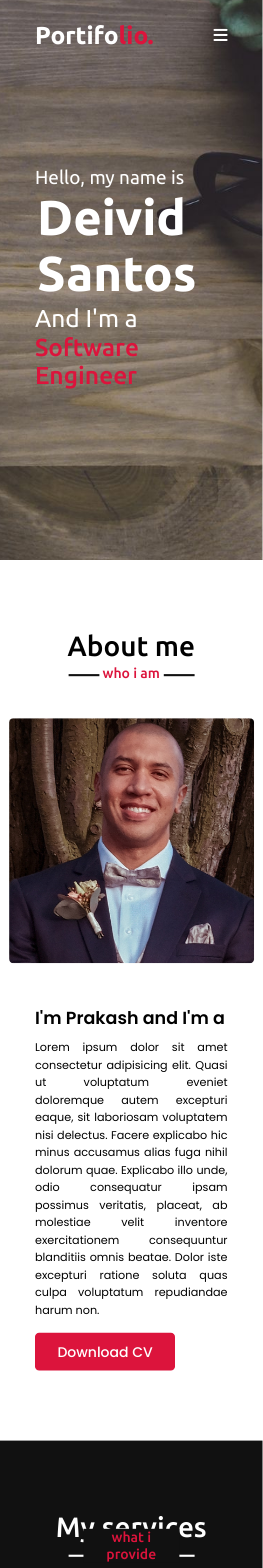
Repository: deividwsantoss/portfolio
Page: index.html
An editor plug-in stored every save of this project. The page is shown before and after the next save, followed by the edit.
The browser window is 375 px wide. The pictures show the part of the page from y = 0 to 2240 px (the page is 5994 px tall before and 5554 px after), at 70% of full size.
Some web libraries are served in a nearby version.

Above is the page before, as saved 2021-03-01 21:54:09.
Console error: TypeError: Cannot read properties of null (reading 'tagName')

### index.html
<!DOCTYPE html>
<html lang="en">
    <head>
        <meta charset="UTF-8">
        <meta name="viewport" content="width=device-width, initial-scale=1.0">
       <title>Deivid Santos Portfolio</title>
        <link rel="stylesheet" href="/Content/style.css">
        <script src="https://kit.fontawesome.com/a076d05399.js"></script>
        <script  src="https://code.jquery.com/jquery-3.5.1.min.js"></script>
        <script src="https://cdnjs.cloudflare.com/ajax/libs/typed.js/2.0.11/typed.min.js"></script>
        <script src="https://cdnjs.cloudflare.com/ajax/libs/waypoints/4.0.1/jquery.waypoints.min.js"></script>
        <script src="https://cdnjs.cloudflare.com/ajax/libs/OwlCarousel2/2.3.4/owl.carousel.min.js"></script>
        <link rel="stylesheet" href="https://cdnjs.cloudflare.com/ajax/libs/OwlCarousel2/2.3.4/assets/owl.carousel.min.css"/>
    </head>
<body>
    <nav class="navbar">
        <div class="max-width">
            <div class="logo"><a href="#">Portifo<span>lio.</span></a></div>
            <ul class="menu">
                <li><a href="#home" class="menu-btn">Home</a></li>
                <li><a href="#about" class="menu-btn">About</a></li>
                <li><a href="#services" class="menu-btn">Services</a></li>
                <li><a href="#skills" class="menu-btn">Skills</a></li>
                <li><a href="#teams" class="menu-btn">Teams</a></li>
                <li><a href="#contact" class="menu-btn">Contact</a></li>
            </ul>
            <div class="menu-btn">
                <i class="fas fa-bars"></i>
            </div>
        </div>
    </nav>

    <!-- Home Section Start -->
    <section class="home" id="home">
        <div class="max-width">
            <div class="home-content">
                <div class="text-1">Hello, my name is </div>
                <div class="text-2">Deivid Santos</div>
                <div class="text-3">And I'm a<span> Software Engineer</span></div>
            </div>
        </div>
    </section>
<!-- about section start -->
<section class="about" id="about">
    <div class="max-width">
        <h2 class="title">About me</h2>
        <div class="about-content">
            <div class="column left">
                <img src="images/profile-1.jpeg" alt="">
            </div>
            <div class="column right">
                <div class="text">I'm Prakash and I'm a <span class="typing-2"></span></div>
                <p>Lorem ipsum dolor sit amet consectetur adipisicing elit. Quasi ut voluptatum eveniet doloremque autem excepturi eaque, sit laboriosam voluptatem nisi delectus. Facere explicabo hic minus accusamus alias fuga nihil dolorum quae. Explicabo illo unde, odio consequatur ipsam possimus veritatis, placeat, ab molestiae velit inventore exercitationem consequuntur blanditiis omnis beatae. Dolor iste excepturi ratione soluta quas culpa voluptatum repudiandae harum non.</p>
                <a href="#">Download CV</a>
            </div>
        </div>
    </div>
</section>
  <!-- services section start -->
  <section class="services" id="services">
    <div class="max-width">
        <h2 class="title">My services</h2>
        <div class="serv-content">
            <div class="card">
                <div class="box">
                    <i class="fas fa-paint-brush"></i>
                    <div class="text">Web Design</div>
                    <p>Lorem ipsum dolor sit amet consectetur, adipisicing elit. Rem quia sunt, quasi quo illo enim.</p>
                </div>
            </div>
            <div class="card">
                <div class="box">
                    <i class="fas fa-chart-line"></i>
                    <div class="text">Advertising</div>
                    <p>Lorem ipsum dolor sit amet consectetur, adipisicing elit. Rem quia sunt, quasi quo illo enim.</p>
                </div>
            </div>
            <div class="card">
                <div class="box">
                    <i class="fas fa-code"></i>
                    <div class="text">Apps Design</div>
                    <p>Lorem ipsum dolor sit amet consectetur, adipisicing elit. Rem quia sunt, quasi quo illo enim.</p>
                </div>
            </div>
           </div>
        </div>
    </div>
</section>

<!-- skills section start -->
<section class="skills" id="skills">
    <div class="max-width">
        <h2 class="title">My skills</h2>
        <div class="skills-content">
            <div class="column left">
                <div class="text">My creative skills & experiences.</div>
                <p>Lorem ipsum dolor sit amet consectetur adipisicing elit. Dignissimos, ratione error est recusandae consequatur, iusto illum deleniti quidem impedit, quos quaerat quis minima sequi. Cupiditate recusandae laudantium esse, harum animi aspernatur quisquam et delectus ipsum quam alias quaerat? Quasi hic quidem illum. Ad delectus natus aut hic explicabo minus quod.</p>
                <a href="#">Read more</a>
            </div>
            <div class="column right">
                <div class="bars">
                    <div class="info">
                        <span>HTML</span>
                        <span>90%</span>
                    </div>
                    <div class="line html"></div>
                </div>
                <div class="bars">
                    <div class="info">
                        <span>CSS</span>
                        <span>60%</span>
                    </div>
                    <div class="line css"></div>
                </div>
                <div class="bars">
                    <div class="info">
                        <span>JavaScript</span>
                        <span>80%</span>
                    </div>
                    <div class="line js"></div>
                </div>
                <div class="bars">
                    <div class="info">
                        <span>PHP</span>
                        <span>50%</span>
                    </div>
                    <div class="line php"></div>
                </div>
                <div class="bars">
                    <div class="info">
                        <span>MySQL</span>
                        <span>70%</span>
                    </div>
                    <div class="line mysql"></div>
                </div>
            </div>
        </div>
    </div>
</section>

<!-- teams section start -->
<section class="teams" id="teams">
    <div class="max-width">
        <h2 class="title">My teams</h2>
        <div class="carousel owl-carousel">
            <div class="card">
                <div class="box">
                    <img src="images/profile-1.jpeg" alt="">
                    <div class="text">Someone name</div>
                    <p>Lorem ipsum dolor sit amet consectetur adipisicing elit.</p>
                </div>
            </div>
            <div class="card">
                <div class="box">
                    <img src="images/profile-2.jpeg" alt="">
                    <div class="text">Someone name</div>
                    <p>Lorem ipsum dolor sit amet consectetur adipisicing elit.</p>
                </div>
            </div>
            <div class="card">
                <div class="box">
                    <img src="images/profile-3.jpeg" alt="">
                    <div class="text">Someone name</div>
                    <p>Lorem ipsum dolor sit amet consectetur adipisicing elit.</p>
                </div>
            </div>
            <div class="card">
                <div class="box">
                    <img src="images/profile-4.jpeg" alt="">
                    <div class="text">Someone name</div>
                    <p>Lorem ipsum dolor sit amet consectetur adipisicing elit.</p>
                </div>
            </div>
            <div class="card">
                <div class="box">
                    <img src="images/profile-5.jpeg" alt="">
                    <div class="text">Someone name</div>
                    <p>Lorem ipsum dolor sit amet consectetur adipisicing elit.</p>
                </div>
            </div>
        </div>
    </div>
</section>

<!-- contact section start -->
<section class="contact" id="contact">
    <div class="max-width">
        <h2 class="title">Contact me</h2>
        <div class="contact-content">
            <div class="column left">
                <div class="text">Get in Touch</div>
                <p>Lorem, ipsum dolor sit amet consectetur adipisicing elit. Dignissimos harum corporis fuga corrupti. Doloribus quis soluta nesciunt veritatis vitae nobis?</p>
                <div class="icons">
                    <div class="row">
                        <i class="fas fa-user"></i>
                        <div class="info">
                            <div class="head">Name</div>
                            <div class="sub-title">Deivid Santos</div>
                        </div>
                    </div>
                    <div class="row">
                        <i class="fas fa-map-marker-alt"></i>
                        <div class="info">
                            <div class="head">Address</div>
                            <div class="sub-title">Luzern, Switzerland</div>
                        </div>
                    </div>
                    <div class="row">
                        <i class="fas fa-envelope"></i>
                        <div class="info">
                            <div class="head">Email</div>
                            <div class="sub-title">deivid.w.santos@gmail.com</div>
                        </div>
                    </div>
                </div>
            </div>
            <div class="column right">
                <div class="text">Message me</div>
                <form action="#">
                    <div class="fields">
                        <div class="field name">
                            <input type="text" placeholder="Name" required>
                        </div>
                        <div class="field email">
                            <input type="email" placeholder="Email" required>
                        </div>
                    </div>
                    <div class="field">
                        <input type="text" placeholder="Subject" required>
                    </div>
                    <div class="field textarea">
                        <textarea cols="30" rows="10" placeholder="Message.." required></textarea>
                    </div>
                    <div class="button">
                        <button type="submit">Send message</button>
                    </div>
                </form>
            </div>
        </div>
    </div>
</section>

<!-- footer section start -->
<footer>
    <span>Created By <a href="https://www.codingnepalweb.com">CodingNepal</a> | <span class="far fa-copyright"></span> 2020 All rights reserved.</span>
</footer>

<script src="script.js"></script>
</body>
</html>
    <script src="./Scripts/script.js"></script>
</body>
</html>

### Content/style.css
@import url('https://fonts.googleapis.com/css2?family=Poppins:wght@400;500;600;700&family=Ubuntu:wght@400;500;700&display=swap');

*{
    margin: 0;
    padding: 0;
    box-sizing: border-box;
    text-decoration: none;
}
html{
    scroll-behavior: smooth;
}
/* custom scroll bar */
::-webkit-scrollbar {
    width: 10px;
}
::-webkit-scrollbar-track {
    background: #f1f1f1;
}
::-webkit-scrollbar-thumb {
    background: #888;
}

::-webkit-scrollbar-thumb:hover {
    background: #555;
}
/* all similar content styling codes */
section{
    padding: 100px 0;
}
.max-width{
    max-width: 1300px;
    padding: 0 80px;
    margin: auto;
}
.about, .services, .skills, .teams, .contact, footer{
    font-family: 'Poppins', sans-serif;
}
.about .about-content,
.services .serv-content,
.skills .skills-content,
.contact .contact-content{
    display: flex;
    flex-wrap: wrap;
    align-items: center;
    justify-content: space-between;
}
section .title{
    position: relative;
    text-align: center;
    font-size: 40px;
    font-weight: 500;
    margin-bottom: 60px;
    padding-bottom: 20px;
    font-family: 'Ubuntu', sans-serif;
}
section .title::before{
    content: "";
    position: absolute;
    bottom: 0px;
    left: 50%;
    width: 180px;
    height: 3px;
    background: #111;
    transform: translateX(-50%);
}
section .title::after{
    position: absolute;
    bottom: -8px;
    left: 50%;
    font-size: 20px;
    color: crimson;
    padding: 0 5px;
    background: #fff;
    transform: translateX(-50%);
}

/* Navbar styling */
.navbar{
    position: fixed;
    width: 100%;
    z-index: 999;
    padding: 30px 0;
    font-family: 'Ubuntu', sans-serif;
    transition: all 0.3s ease;
}
.navbar.sticky{
    padding: 15px 0;
    background: crimson;
}
.navbar .max-width{
    display: flex;
    align-items: center;
    justify-content: space-between;
}
.navbar .logo a{
    color: #fff;
    font-size: 35px;
    font-weight: 600;
}
.navbar .logo a span{
    color: crimson;
    transition: all 0.3s ease;
}
.navbar.sticky .logo a span{
    color: #fff;
}
.navbar .menu li{
    list-style: none;
    display: inline-block;
}
.navbar .menu li a{
    display: block;
    color: #fff;
    font-size: 18px;
    font-weight: 500;
    margin-left: 25px;
    transition: color 0.3s ease;
}
.navbar .menu li a:hover{
    color: crimson;
}
.navbar.sticky .menu li a:hover{
    color: #fff;
}

/* menu btn styling */
.menu-btn{
    color: #fff;
    font-size: 23px;
    cursor: pointer;
    display: none;
}
.scroll-up-btn{
    position: fixed;
    height: 45px;
    width: 42px;
    background: crimson;
    right: 30px;
    bottom: 10px;
    text-align: center;
    line-height: 45px;
    color: #fff;
    z-index: 9999;
    font-size: 30px;
    border-radius: 6px;
    border-bottom-width: 2px;
    cursor: pointer;
    opacity: 0;
    pointer-events: none;
    transition: all 0.3s ease;
}
.scroll-up-btn.show{
    bottom: 30px;
    opacity: 1;
    pointer-events: auto;
}
.scroll-up-btn:hover{
    filter: brightness(90%);
}



/* Home Section Styling */

.home{
    display: flex;
    background: url("/images/banner.jpg") no-repeat center;
    height: 100vh;
    color: #fff;
    min-height: 500px;
    font-family: 'Ubuntu', sans-serif;
}
.home .max-width{
    margin: auto 0 auto 40px;
}
.home .home-content .text-1{

    font-size: 27px;
}
.home .home-content .text-2{

    font-size:  75px;
    font-weight: 600;
    margin-left: 3px;
}
.home .home-content .text-3{

    font-size:  40px;
    margin: 5px 0;
}
.home .home-content .text-3 span{

   color: crimson;
   font-weight: 500;

}
.home .home-content a{
    display: inline-block;
    background: crimson;
    color: #fff;
    font-size: 25px;
    padding: 12px 36px;
    margin-top: 20px;
    font-weight: 400;
    border-radius: 6px;
    border: 2px solid crimson;
    transition: all 0.3s ease;
}
.home .home-content a:hover{
    color: crimson;
    background: none;
}
/* about section styling */
.about .title::after{
    content: "who i am";
}
.about .about-content .left{
    width: 45%;
}
.about .about-content .left img{
    height: 400px;
    width: 400px;
    object-fit: cover;
    border-radius: 6px;
}
.about .about-content .right{
    width: 55%;
}
.about .about-content .right .text{
    font-size: 25px;
    font-weight: 600;
    margin-bottom: 10px;
}
.about .about-content .right .text span{
    color: crimson;
}
.about .about-content .right p{
    text-align: justify;
}
.about .about-content .right a{
    display: inline-block;
    background: crimson;
    color: #fff;
    font-size: 20px;
    font-weight: 500;
    padding: 10px 30px;
    margin-top: 20px;
    border-radius: 6px;
    border: 2px solid crimson;
    transition: all 0.3s ease;
}
.about .about-content .right a:hover{
    color: crimson;
    background: none;
}
/* services section styling */
.services, .teams{
    color:#fff;
    background: #111;
}
.services .title::before,
.teams .title::before{
    background: #fff;
}
.services .title::after,
.teams .title::after{
    background: #111;
    content: "what i provide";
}
.services .serv-content .card{
    width: calc(33% - 20px);
    background: #222;
    text-align: center;
    border-radius: 6px;
    padding: 20px 25px;
    cursor: pointer;
    transition: all 0.3s ease;
}
.services .serv-content .card:hover{
    background: crimson;
}
.services .serv-content .card .box{
    transition: all 0.3s ease;
}
.services .serv-content .card:hover .box{
    transform: scale(1.05);
}
.services .serv-content .card i{
    font-size: 50px;
    color: crimson;
    transition: color 0.3s ease;
}
.services .serv-content .card:hover i{
    color: #fff;
}
.services .serv-content .card .text{
    font-size: 25px;
    font-weight: 500;
    margin: 10px 0 7px 0;
}
/* skills section styling */

.skills .title::after{
    content: "what i know";
}
.skills .skills-content .column{
    width: calc(50% - 30px);
}
.skills .skills-content .left .text{
    font-size: 20px;
    font-weight: 600;
    margin-bottom: 10px;
}
.skills .skills-content .left p{
    text-align: justify;
}
.skills .skills-content .left a{
    display: inline-block;
    background: crimson;
    color: #fff;
    font-size: 18px;
    font-weight: 500;
    padding: 8px 16px;
    margin-top: 20px;
    border-radius: 6px;
    border: 2px solid crimson;
    transition: all 0.3s ease;
}
.skills .skills-content .left a:hover{
    color: crimson;
    background: none;
}
.skills .skills-content .right .bars{
    margin-bottom: 15px;
}
.skills .skills-content .right .info{
    display: flex;
    margin-bottom: 5px;
    align-items: center;
    justify-content: space-between;
}
.skills .skills-content .right span{
    font-weight: 500;
    font-size: 18px;
}
.skills .skills-content .right .line{
    height: 5px;
    width: 100%;
    background: lightgrey;
    position: relative;
}
.skills .skills-content .right .line::before{
    content: "";
    position: absolute;
    height: 100%;
    left: 0;
    top: 0;
    background: crimson;
}
.skills-content .right .html::before{
    width: 90%;
}
.skills-content .right .css::before{
    width: 60%;
}
.skills-content .right .js::before{
    width: 80%;
}
.skills-content .right .php::before{
    width: 50%;
}
.skills-content .right .mysql::before{
    width: 70%;
}
/* teams section styling */
.teams .title::after{
    content: "who with me";
}
.teams .carousel .card{
    background: #222;
    border-radius: 6px;
    padding: 25px 35px;
    text-align: center;
    overflow: hidden;
    transition: all 0.3s ease;
}
.teams .carousel .card:hover{
    background: crimson;
}
.teams .carousel .card .box{
    display: flex;
    flex-direction: column;
    align-items: center;
    justify-content: center;
    transition: all 0.3s ease;
}
.teams .carousel .card:hover .box{
    transform: scale(1.05);
}
.teams .carousel .card .text{
    font-size: 25px;
    font-weight: 500;
    margin: 10px 0 7px 0;
}
.teams .carousel .card img{
    height: 150px;
    width: 150px;
    object-fit: cover;
    border-radius: 50%;
    border: 5px solid crimson;
    transition: all 0.3s ease;
}
.teams .carousel .card:hover img{
    border-color: #fff;
}
.owl-dots{
    text-align: center;
    margin-top: 20px;
}
.owl-dot{
    height: 13px;
    width: 13px;
    margin: 0 5px;
    outline: none!important;
    border-radius: 50%;
    border: 2px solid crimson!important;
    transition: all 0.3s ease;
}
.owl-dot.active{
    width: 35px;
    border-radius: 14px;
}
.owl-dot.active,
.owl-dot:hover{
    background: crimson!important;
}
/* contact section styling */
.contact .title::after{
    content: "get in touch";
}
.contact .contact-content .column{
    width: calc(50% - 30px);
}
.contact .contact-content .text{
    font-size: 20px;
    font-weight: 600;
    margin-bottom: 10px;
}
.contact .contact-content .left p{
    text-align: justify;
}
.contact .contact-content .left .icons{
    margin: 10px 0;
}
.contact .contact-content .row{
    display: flex;
    height: 65px;
    align-items: center;
}
.contact .contact-content .row .info{
    margin-left: 30px;
}
.contact .contact-content .row i{
    font-size: 25px;
    color: crimson;
}
.contact .contact-content .info .head{
    font-weight: 500;
}
.contact .contact-content .info .sub-title{
    color: #333;
}
.contact .right form .fields{
    display: flex;
}
.contact .right form .field,
.contact .right form .fields .field{
    height: 45px;
    width: 100%;
    margin-bottom: 15px;
}
.contact .right form .textarea{
    height: 80px;
    width: 100%;
}
.contact .right form .name{
    margin-right: 10px;
}
.contact .right form .email{
    margin-left: 10px;
}
.contact .right form .field input,
.contact .right form .textarea textarea{
    height: 100%;
    width: 100%;
    border: 1px solid lightgrey;
    border-radius: 6px;
    outline: none;
    padding: 0 15px;
    font-size: 17px;
    font-family: 'Poppins', sans-serif;
    transition: all 0.3s ease;
}
.contact .right form .field input:focus,
.contact .right form .textarea textarea:focus{
    border-color: #b3b3b3;
}
.contact .right form .textarea textarea{
    padding-top: 10px;
    resize: none;
}
.contact .right form .button{
    height: 47px;
    width: 170px;
}
.contact .right form .button button{
    width: 100%;
    height: 100%;
    border: 2px solid crimson;
    background: crimson;
    color: #fff;
    outline: none;
    font-size: 20px;
    font-weight: 500;
    border-radius: 6px;
    cursor: pointer;
    transition: all 0.3s ease;
}
.contact .right form .button button:hover{
    color: crimson;
    background: none;
}
/* footer section styling */
footer{
    background: #111;
    padding: 15px 23px;
    color: #fff;
    text-align: center;
}
footer span a{
    color: crimson;
    text-decoration: none;
}
footer span a:hover{
    text-decoration: underline;
}

/* Responsive media query start */
@media (max-width: 1300px) {
    .home .max-width{
        margin-left: 0px;
    }
}
@media (max-width: 1104px) {
    .about .about-content .left img{
        height: 350px;
        width: 350px;
    }
}
@media (max-width: 991px) {
    .max-width{
        padding: 0 50px;
    }
}
@media (max-width: 947px){
    .menu-btn{
        display: block;
        z-index: 999;
    }
    .menu-btn i.active:before{
        content: "\f00d";
    }
    .navbar .menu{
        position: fixed;
        height: 100vh;
        width: 100%;
        left: -100%;
        top: 0;
        background: #111;
        text-align: center;
        padding-top: 80px;
        transition: all 0.3s ease;
    }
    .navbar .menu.active{
        left: 0;
    }
    .navbar .menu li{
        display: block;
    }
    .navbar .menu li a{
        display: inline-block;
        margin: 20px 0;
        font-size: 25px;
    }
    .home .home-content .text-2{
        font-size: 70px;
    }
    .home .home-content .text-3{
        font-size: 35px;
    }
    .home .home-content a{
        font-size: 23px;
        padding: 10px 30px;
    }
    .max-width{
        max-width: 930px;
    }
    .about .about-content .column{
        width: 100%;
    }
    .about .about-content .left{
        display: flex;
        justify-content: center;
        margin: 0 auto 60px;
    }
    .about .about-content .right{
        flex: 100%;
    }
    .services .serv-content .card{
        width: calc(50% - 10px);
        margin-bottom: 20px;
    }
    .skills .skills-content .column,
    .contact .contact-content .column{
        width: 100%;
        margin-bottom: 35px;
    }
}

### Scripts/script.js
$(document).ready(function(){
    $(window).scroll(function(){
        // sticky navbar on scroll script
        if(this.scrollY > 20){
            $('.navbar').addClass("sticky");
        }else{
            $('.navbar').removeClass("sticky");
        }

        // scroll-up button show/hide script
        if(this.scrollY > 500){
            $('.scroll-up-btn').addClass("show");
        }else{
            $('.scroll-up-btn').removeClass("show");
        }
    });

    // slide-up script
    $('.scroll-up-btn').click(function(){
        $('html').animate({scrollTop: 0});
        // removing smooth scroll on slide-up button click
        $('html').css("scrollBehavior", "auto");
    });

    $('.navbar .menu li a').click(function(){
        // applying again smooth scroll on menu items click
        $('html').css("scrollBehavior", "smooth");
    });

    // toggle menu/navbar script
    $('.menu-btn').click(function(){
        $('.navbar .menu').toggleClass("active");
        $('.menu-btn i').toggleClass("active");
    });

    // typing text animation script
    var typed = new Typed(".typing", {
        strings: ["YouTuber", "Developer", "Blogger", "Designer", "Freelancer"],
        typeSpeed: 100,
        backSpeed: 60,
        loop: true
    });

    var typed = new Typed(".typing-2", {
        strings: ["YouTuber", "Developer", "Blogger", "Designer", "Freelancer"],
        typeSpeed: 100,
        backSpeed: 60,
        loop: true
    });

    // owl carousel script
    $('.carousel').owlCarousel({
        margin: 20,
        loop: true,
        autoplayTimeOut: 2000,
        autoplayHoverPause: true,
        responsive: {
            0:{
                items: 1,
                nav: false
            },
            600:{
                items: 2,
                nav: false
            },
            1000:{
                items: 3,
                nav: false
            }
        }
    });
});

After the next save:
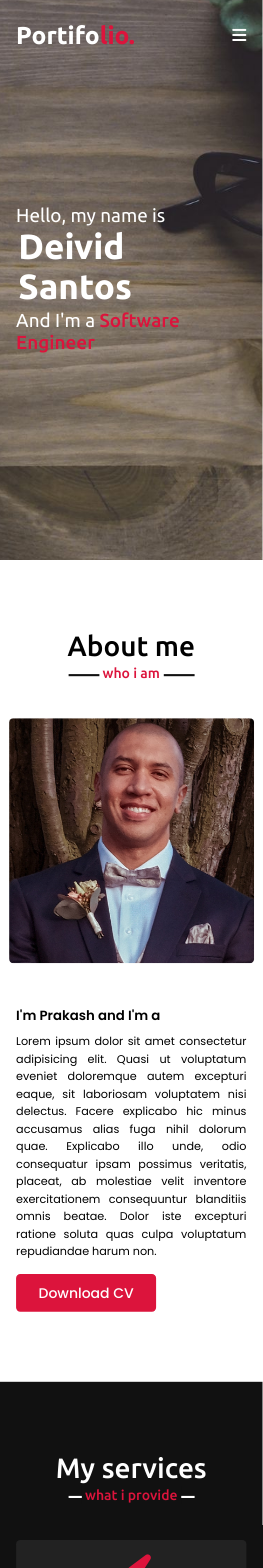
Saved 99 s later.
--- a/Content/style.css
+++ b/Content/style.css
@@ -626,3 +626,48 @@ footer span a:hover{
         margin-bottom: 35px;
     }
 }
+@media (max-width: 690px) {
+    .max-width{
+        padding: 0 23px;
+    }
+    .home .home-content .text-2{
+        font-size: 60px;
+    }
+    .home .home-content .text-3{
+        font-size: 32px;
+    }
+    .home .home-content a{
+        font-size: 20px;
+    }
+    .services .serv-content .card{
+        width: 100%;
+    }
+}
+
+@media (max-width: 500px) {
+    .home .home-content .text-2{
+        font-size: 50px;
+    }
+    .home .home-content .text-3{
+        font-size: 27px;
+    }
+    .about .about-content .right .text,
+    .skills .skills-content .left .text{
+        font-size: 19px;
+    }
+    .contact .right form .fields{
+        flex-direction: column;
+    }
+    .contact .right form .name,
+    .contact .right form .email{
+        margin: 0;
+    }
+    .scroll-up-btn{
+        right: 15px;
+        bottom: 15px;
+        height: 38px;
+        width: 35px;
+        font-size: 23px;
+        line-height: 38px;
+    }
+}
